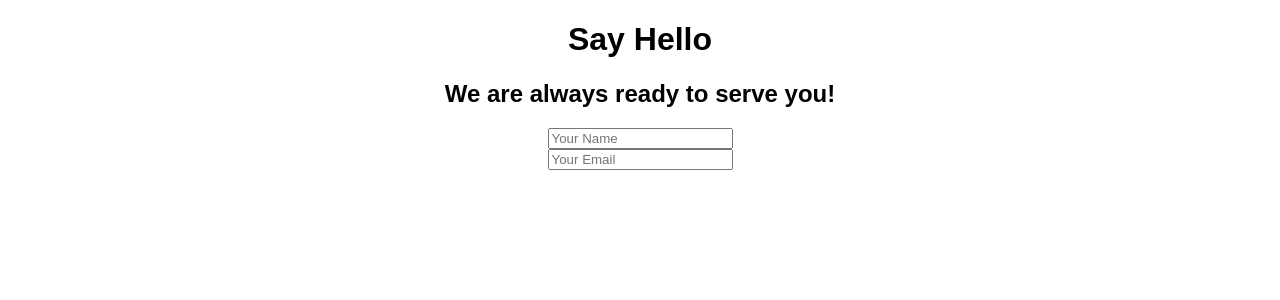
Repository: Owusuharriet/HW1-HAMAH.index.html
Page: index.htm
These files come from the project's save history. The page is drawn as it stood at one moment and after a run of saves; the edit follows.
The browser window is 1280 px wide. The pictures show the whole page.

Above is the page before, as saved 2020-08-03 22:26:15.

After the next 2 saves:
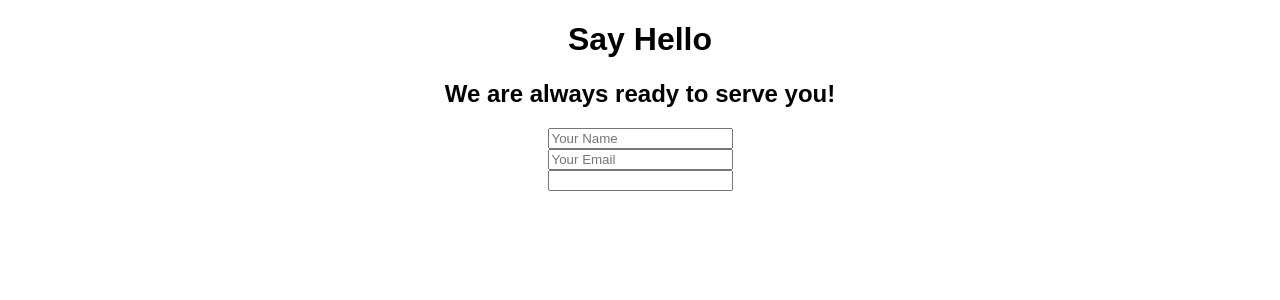
The 2 saves are shown as one change because they came seconds apart.
The last was saved 9 s later.
--- a/index.htm
+++ b/index.htm
@@ -16,7 +16,7 @@
         <form id="contact-form" method="post" action=""></form>
         <input name="name" type="text" class="form-control" placeholder="Your Name" required><br>
         <input name="emil" type="email" class="from-control" placeholder="Your Email"required><br>
-        <in
+        <input name=""
 
 
         <textarea name="message" class="from-control"></textarea>
